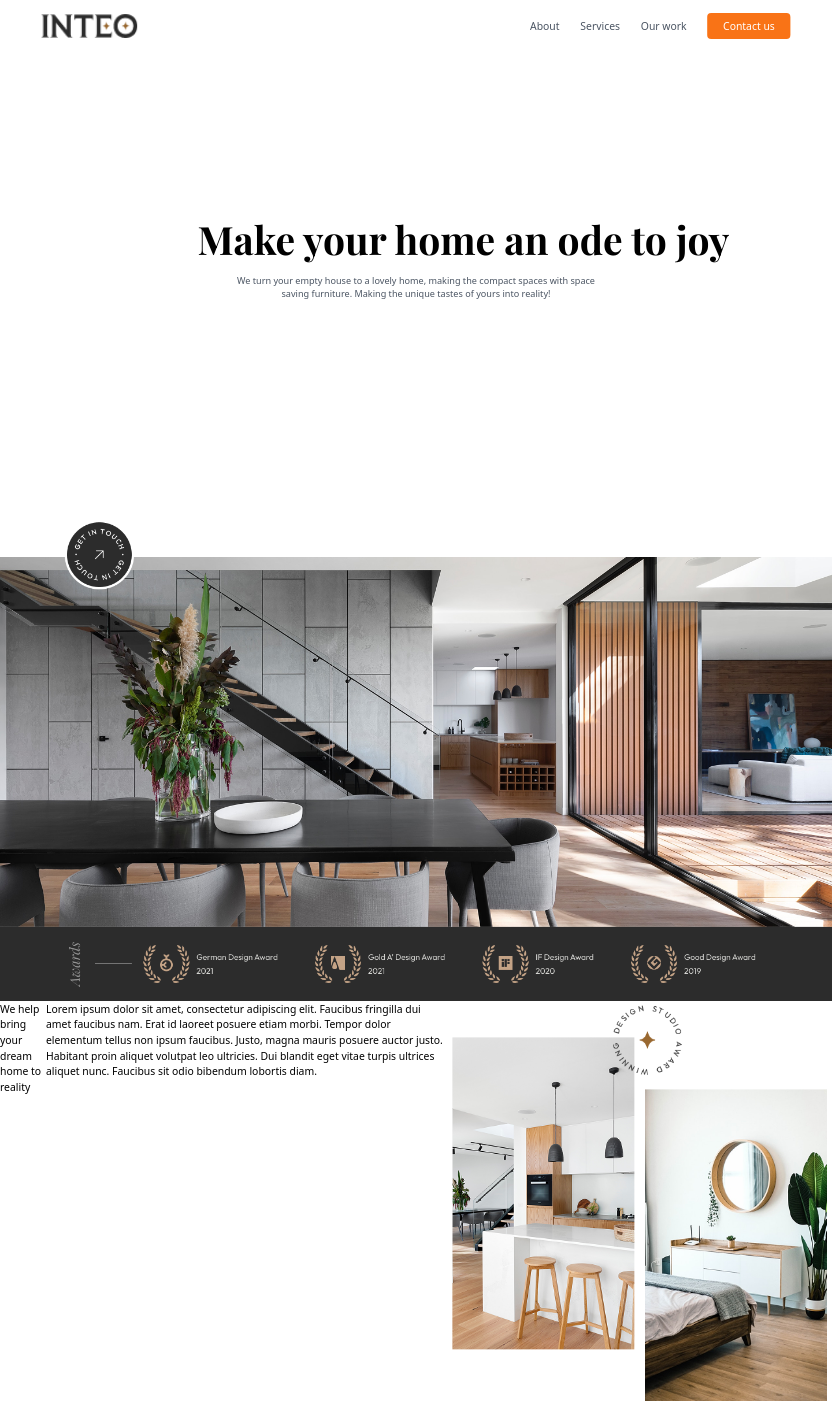
Repository: CatherinneJ/responsive-tailwind-website
Page: tailwind.html
An editor plug-in stored every save of this project. The page is shown before and after the next save, followed by the edit.
The browser window is 1280 px wide. The pictures show the whole page, at 65% of full size.
Some web libraries are served in a nearby version.

Above is the page before, as saved 2025-05-20 19:07:16.

After the next save:
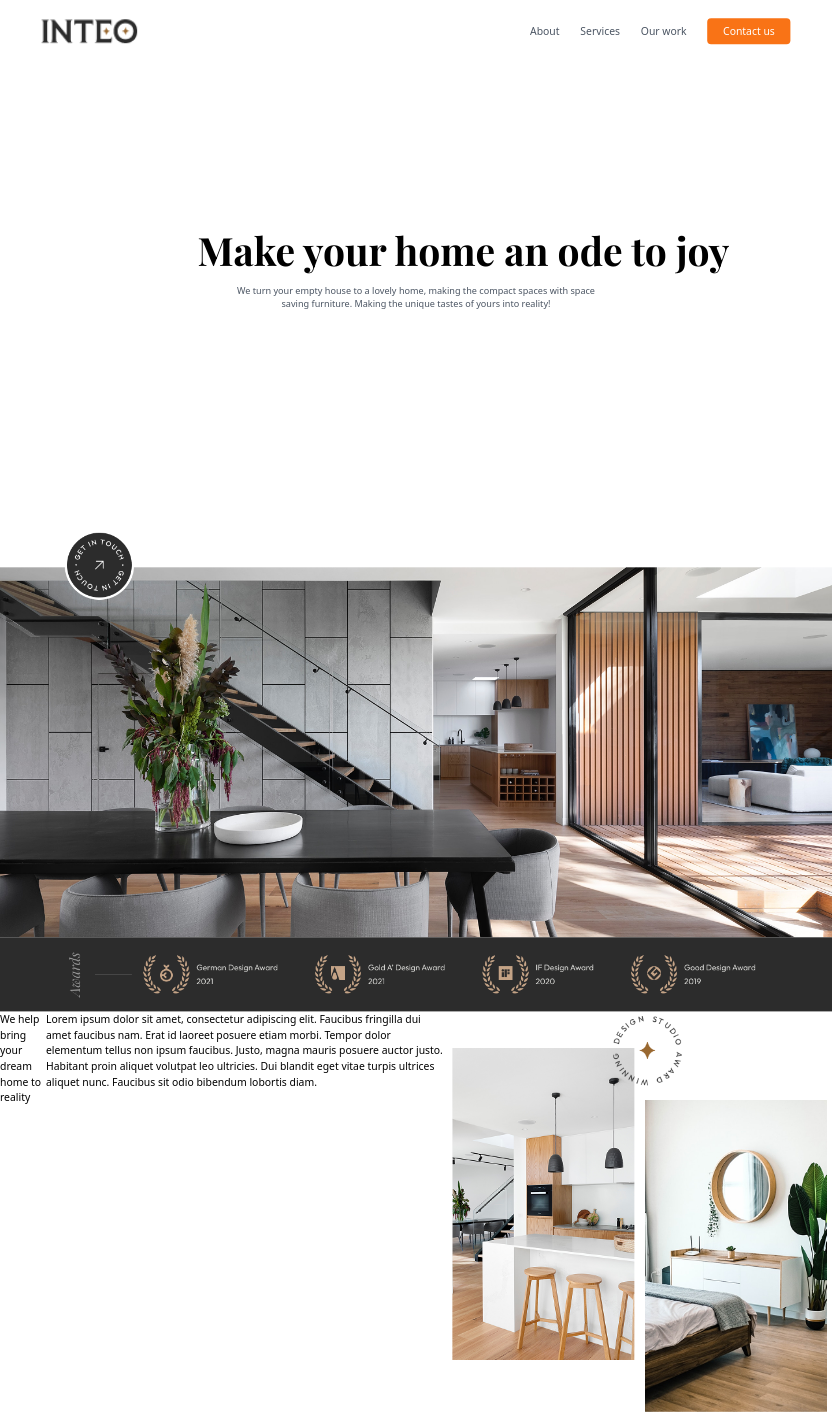
Saved 13 s later.
--- a/tailwind.html
+++ b/tailwind.html
@@ -13,7 +13,7 @@
     </style>
 </head>
 <body class="bg-white">
-    <header class="py-5 px-7 lg:px-16">
+    <header class="py-7 px-9 lg:px-16">
         <nav class="flex justify-between items-center">
             <img src="./Assets/Logo.png" alt="logo" class="h-10">
             <ul class="flex space-x-8 items-center">

After the save that followed:
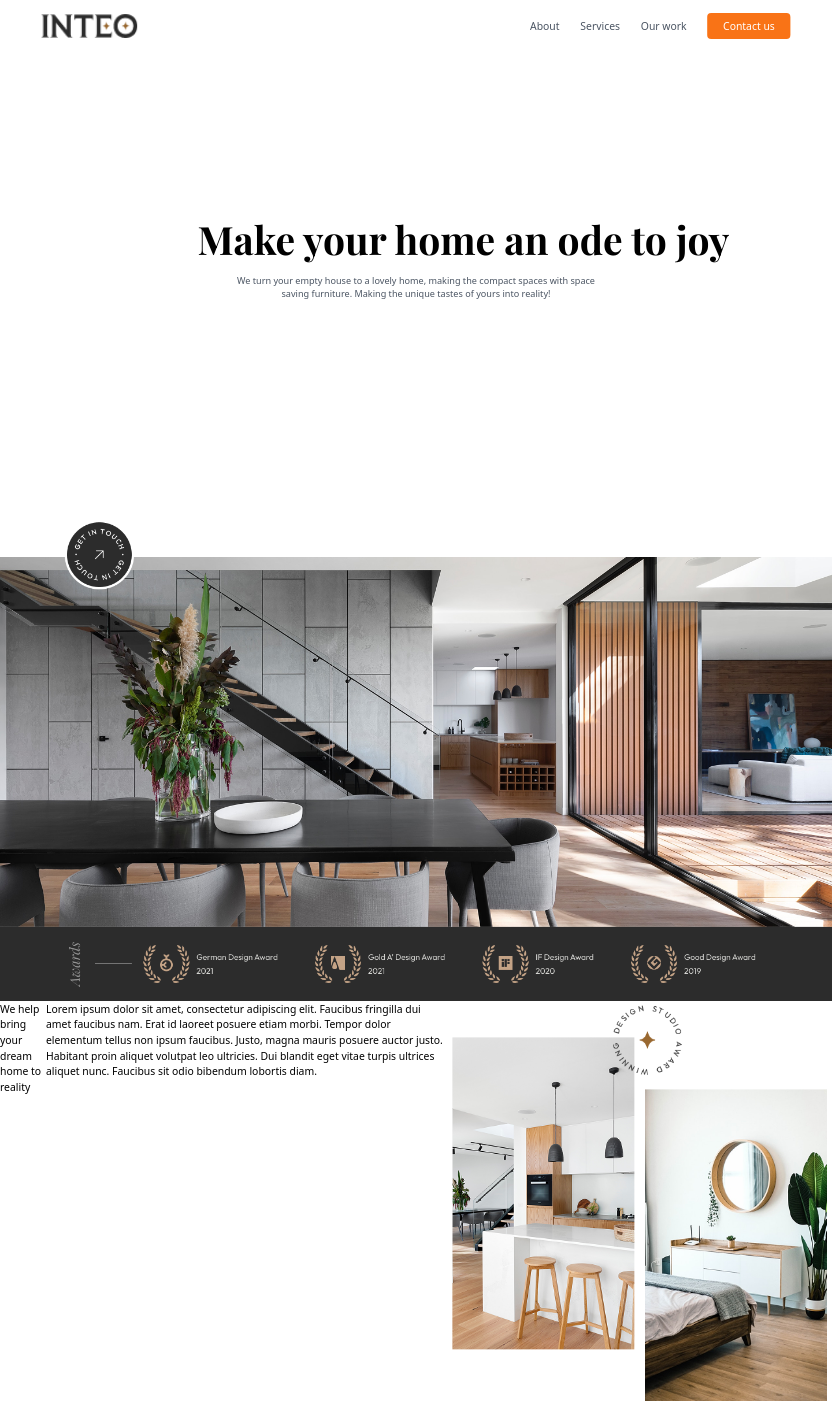
Saved 12 s later.
--- a/tailwind.html
+++ b/tailwind.html
@@ -13,7 +13,7 @@
     </style>
 </head>
 <body class="bg-white">
-    <header class="py-7 px-9 lg:px-16">
+    <header class="py-5 px-8 lg:px-16">
         <nav class="flex justify-between items-center">
             <img src="./Assets/Logo.png" alt="logo" class="h-10">
             <ul class="flex space-x-8 items-center">
